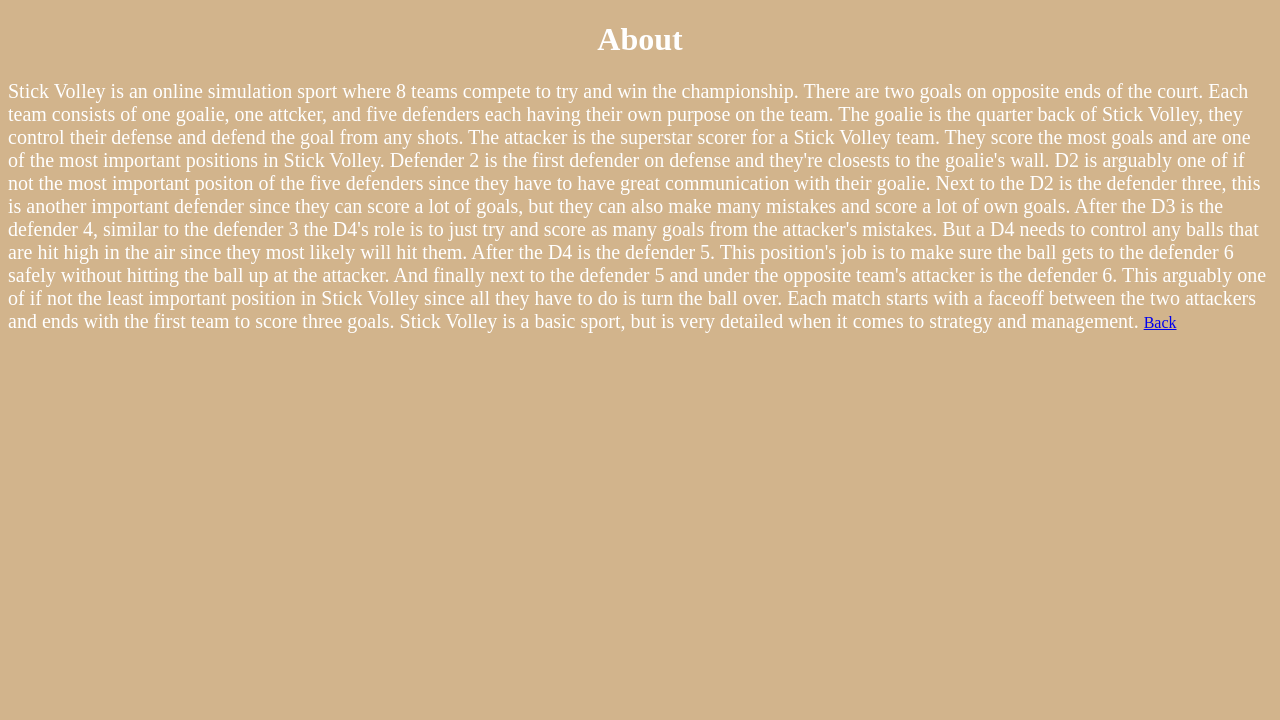
Repository: eppolij1/eppolij1.github.io
Page: about.html
The author's editor kept a record of every edit. The page is drawn from the files as they stood at one moment, then again after the next edit.
The browser window is 1280 px wide. The pictures show the whole page.

Above is the page before.

### about.html
<!DOCTYPE html>
<html>
    <head>
        <style type="text/css">
                  body {
  background-color: tan;
  }
  h1 {
  color: white;
}
 p1 {
  color: white;
}
container {
  text-align: center;
  padding: 10px 20px;
}

.flex-container {
  display: flex;
  justify-content: center;
  background-color: red;
  text-align: center;
  }

img {
  display: block;
  margin-left: auto;
  margin-right: auto;
}
    </style>
     </head>
     <body>
         <h1 style="text-align:center;">
       About
    </h1>
    <p1 style="font-size:20px;">
        Stick Volley is an online simulation sport where 8 teams compete to try and win the championship. There are two goals on opposite ends of the court. Each team consists of one goalie, one attcker, and five defenders each having their own purpose on the team.
        The goalie is the quarter back of Stick Volley, they control their defense and defend the goal from any shots. The attacker is the superstar scorer for a Stick Volley team. They score the most goals and are one of the most important positions in Stick Volley.
        Defender 2 is the first defender on defense and they're closests to the goalie's wall. D2 is arguably one of if not the most important positon of the five defenders since they have to have great communication with their goalie. Next to the D2 is the defender
        three, this is another important defender since they can score a lot of goals, but they can also make many mistakes and score a lot of own goals. After the D3 is the defender 4, similar to the defender 3 the D4's role is to just try and score as many goals
        from the attacker's mistakes. But a D4 needs to control any balls that are hit high in the air since they most likely will hit them. After the D4 is the defender 5. This position's job is to make sure the ball gets to the defender 6 safely without hitting the
        ball up at the attacker. And finally next to the defender 5 and under the opposite team's attacker is the defender 6. This arguably one of if not the least important position in Stick Volley since all they have to do is turn the ball over. Each match starts with
        a faceoff between the two attackers and ends with the first team to score three goals. Stick Volley is a basic sport, but is very detailed when it comes to strategy and management.
    </p1>

     </body>
     <a href="main_screen.html">Back</a>

     </html>

After the next edit:
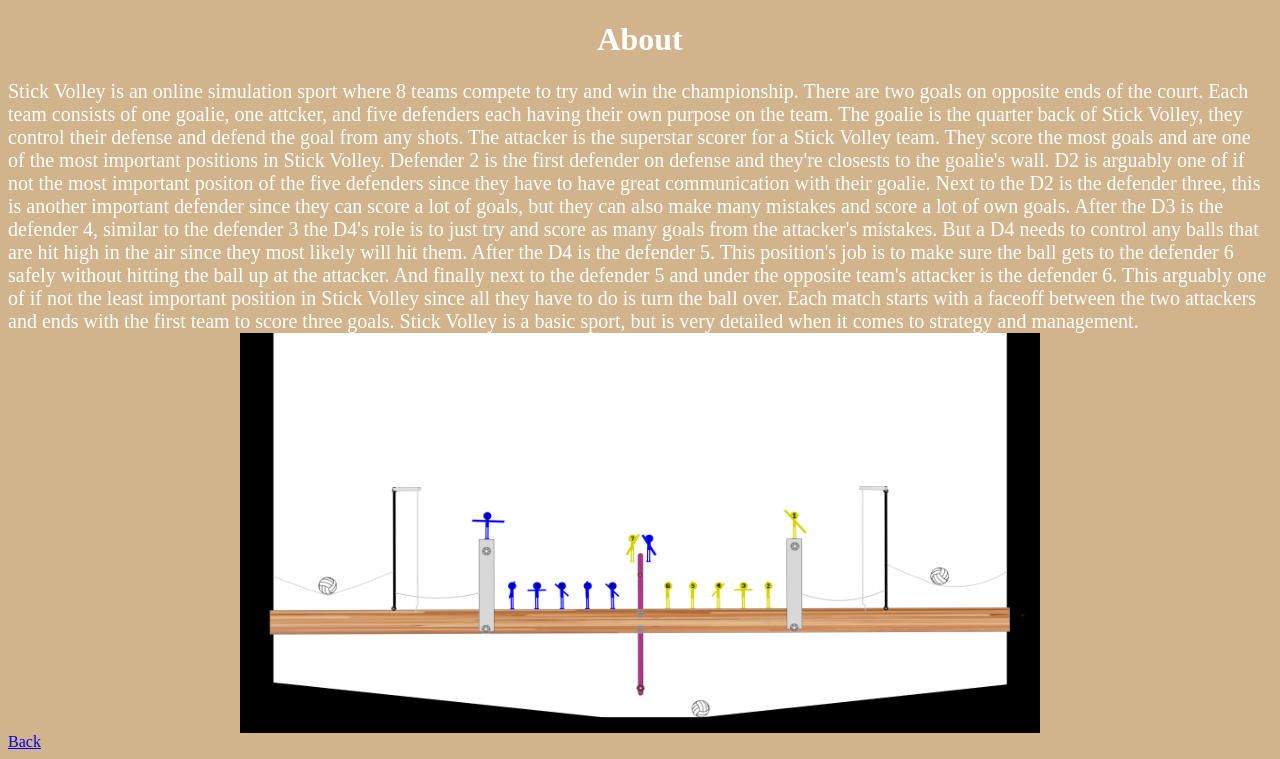
The edit:
--- a/about.html
+++ b/about.html
@@ -43,6 +43,7 @@
         ball up at the attacker. And finally next to the defender 5 and under the opposite team's attacker is the defender 6. This arguably one of if not the least important position in Stick Volley since all they have to do is turn the ball over. Each match starts with
         a faceoff between the two attackers and ends with the first team to score three goals. Stick Volley is a basic sport, but is very detailed when it comes to strategy and management.
     </p1>
+      <img src="sve.png" alt="Schedule Part 1" usemap="#S5pt1" width="800" height="400">
 
      </body>
      <a href="main_screen.html">Back</a>
